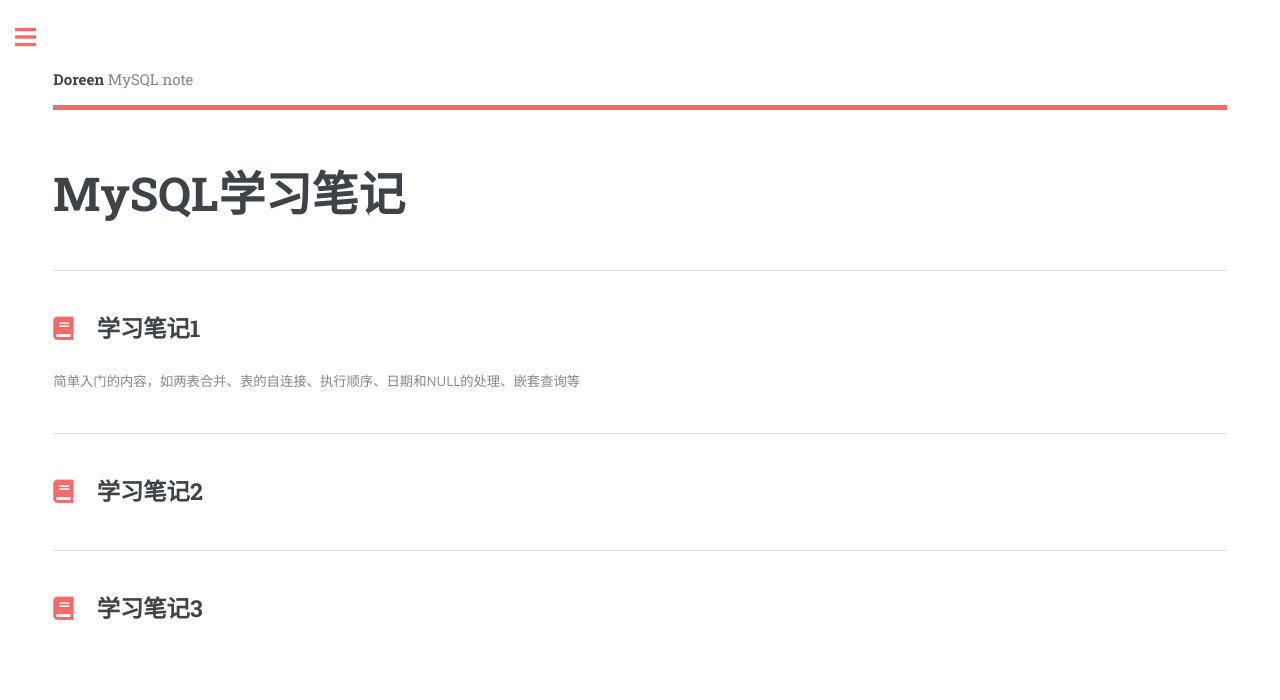
Repository: Hpz3859/Hpz3859.github.io
Page: mysql.html
The author's editor kept a copy of each file at every save. The page is drawn from the files as they stood at one save, then again after the next save.
The browser window is 1280 px wide. The pictures show the whole page.

Above is the page before, as saved 2025-03-31 20:43:53.

### mysql.html
<!DOCTYPE HTML>
<!--
	Editorial by HTML5 UP
	html5up.net | @ajlkn
	Free for personal and commercial use under the CCA 3.0 license (html5up.net/license)
-->
<html>
	<head>
		<title>Doreen MySQL note</title>
		<meta charset="utf-8" />
		<meta name="viewport" content="width=device-width, initial-scale=1, user-scalable=no" />
		<link rel="stylesheet" href="assets/css/main.css" />
	</head>
	<body class="is-preload">

		<!-- Wrapper -->
			<div id="wrapper">

				<!-- Main -->
					<div id="main">
						<div class="inner">

							<!-- Header -->
								<header id="header">
									<a href="mysql.html" class="logo"><strong>Doreen</strong> MySQL note</a>
									<!--
									<ul class="icons">
										<li><a href="#" class="icon brands fa-twitter"><span class="label">Twitter</span></a></li>
										<li><a href="#" class="icon brands fa-facebook-f"><span class="label">Facebook</span></a></li>
										<li><a href="#" class="icon brands fa-snapchat-ghost"><span class="label">Snapchat</span></a></li>
										<li><a href="#" class="icon brands fa-instagram"><span class="label">Instagram</span></a></li>
										<li><a href="#" class="icon brands fa-medium-m"><span class="label">Medium</span></a></li>
									</ul>
									-->
								</header>

							<!-- Content -->
							<section>
								<header class="main">
									<h1>MySQL学习笔记</h1>
								</header>
									<!-- Content -->
									<hr class="major" />

									<div class="content">
										<h2>
											<span class="icon solid fa-book" style="color: #f56a6a;"></span>
											&nbsp;&nbsp;
											<a href="MySQL_practice1.html" class="logo">学习笔记1</a>
										</h2>
										<p>简单入门的内容，如两表合并、表的自连接、执行顺序、日期和NULL的处理、嵌套查询等</p>
									</div>


									<hr class="major" />

									<div class="content">
										<h2>
											<span class="icon solid fa-book" style="color: #f56a6a;"></span>
											&nbsp;&nbsp;
											<a href="#" class="logo">学习笔记2</a>
										</h2>
									</div>

									<hr class="major" />

									<div class="content">
										<h2>
											<span class="icon solid fa-book" style="color: #f56a6a;"></span>
											&nbsp;&nbsp;
											<a href="#" class="logo">学习笔记3</a>
										</h2>
									</div>


							</section>

						</div>
					</div>

				<!-- Sidebar -->
					<div id="sidebar">
						<div class="inner">

							<!-- Search -->
								<section id="search" class="alt">
									<form method="post" action="#">
										<input type="text" name="query" id="query" placeholder="Search" />
									</form>
								</section>

							<!-- Menu -->
								<nav id="menu">
									<header class="major">
										<h2>目录</h2>
									</header>
									<ul>
										<li><a href="./index.html">主页</a></li>
										<li>
											<span class="opener">文章</span>
											<ul>
												<li><a href="experience.html">过往经历</a></li>
												<li><a href="#">数据挖掘</a></li>
												<li><a href="#">量化与投资</a></li>
												<li><a href="moments.html">随笔</a></li>
											</ul>
										</li>
										<li>
											<span class="opener">视频</span>
											<ul>
												<li><a href="#">待更新</a></li>
												<li><a href="#">待更新</a></li>
											</ul>
										</li>

									</ul>
								</nav>



							<!-- Footer -->
							 <!--
								<footer id="footer">
									<p class="copyright">&copy; Untitled. All rights reserved. Demo Images: <a href="https://unsplash.com">Unsplash</a>. Design: <a href="https://html5up.net">HTML5 UP</a>.</p>
								</footer>
							-->

						</div>
					</div>

			</div>

		<!-- Scripts -->
			<script src="assets/js/jquery.min.js"></script>
			<script src="assets/js/browser.min.js"></script>
			<script src="assets/js/breakpoints.min.js"></script>
			<script src="assets/js/util.js"></script>
			<script src="assets/js/main.js"></script>

	</body>
</html>

Loaded but not shown: assets/js/jquery.min.js (library); assets/js/browser.min.js (common file); assets/js/breakpoints.min.js (common file); assets/css/fontawesome-all.min.css (library); assets/js/util.js (587 lines, source omitted); assets/js/main.js (262 lines, source omitted); assets/css/main.css (2283 lines, source omitted)

After the next save:
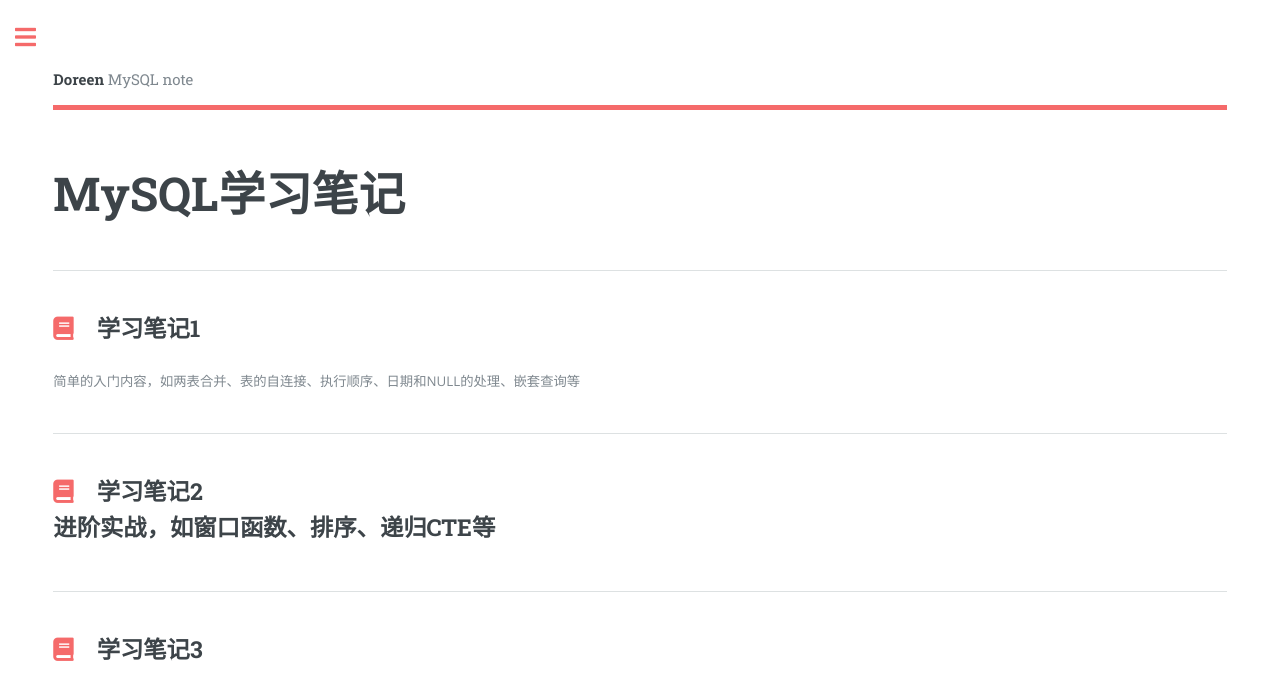
Saved 7 min 42 s later.
--- a/mysql.html
+++ b/mysql.html
@@ -48,7 +48,7 @@
 											&nbsp;&nbsp;
 											<a href="MySQL_practice1.html" class="logo">学习笔记1</a>
 										</h2>
-										<p>简单入门的内容，如两表合并、表的自连接、执行顺序、日期和NULL的处理、嵌套查询等</p>
+										<p>简单的入门内容，如两表合并、表的自连接、执行顺序、日期和NULL的处理、嵌套查询等</p>
 									</div>
 
 
@@ -58,7 +58,8 @@
 										<h2>
 											<span class="icon solid fa-book" style="color: #f56a6a;"></span>
 											&nbsp;&nbsp;
-											<a href="#" class="logo">学习笔记2</a>
+											<a href="MySQL_practice2.html" class="logo">学习笔记2</a>
+											<p>进阶实战，如窗口函数、排序、递归CTE等</p>
 										</h2>
 									</div>
 
